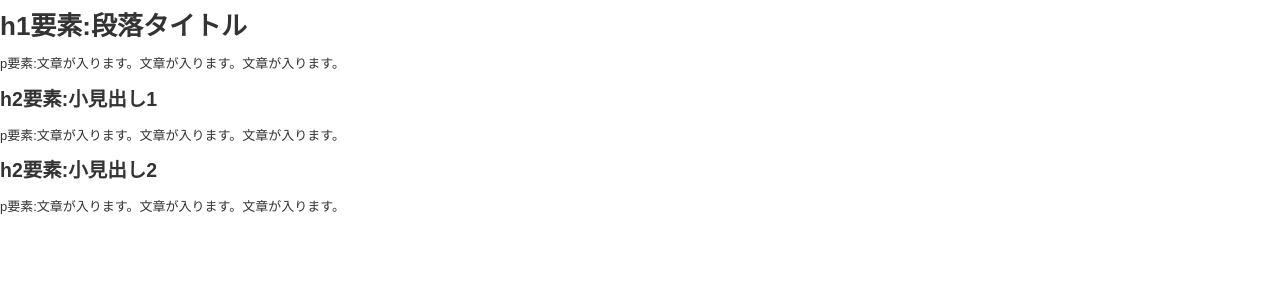
Repository: Kazumi-pro/samurai-HTML-CSS
Page: index.html
The author's editor kept a record of every edit. The page is drawn from the files as they stood at one moment, then again after the next edit.
The browser window is 1280 px wide. The pictures show the whole page.

Above is the page before.

After the next edit:
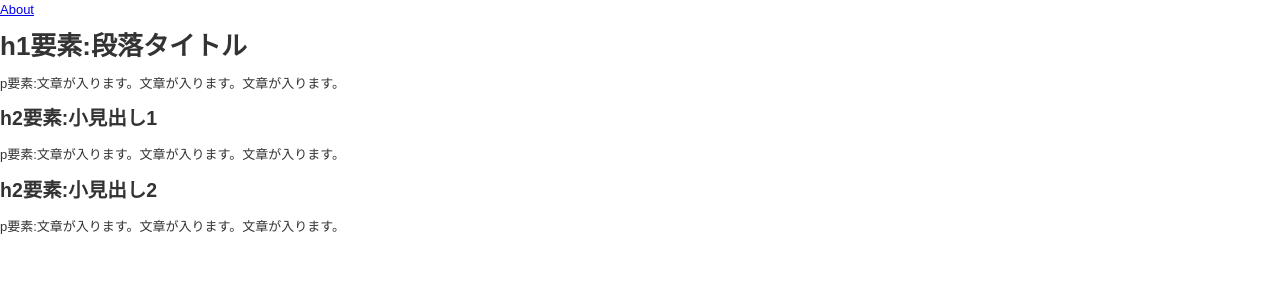
The edit:
--- a/index.html
+++ b/index.html
@@ -8,6 +8,7 @@
   <link rel="stylesheet" href="stylesheet.css">
 </head>
 <body>
+  <a href="about.html">About</a>
   <h1 class="blue">h1要素:段落タイトル</h1>
   <p>p要素:文章が入ります。文章が入ります。文章が入ります。</p>
   <h2 class="blue">h2要素:小見出し1</h2>
